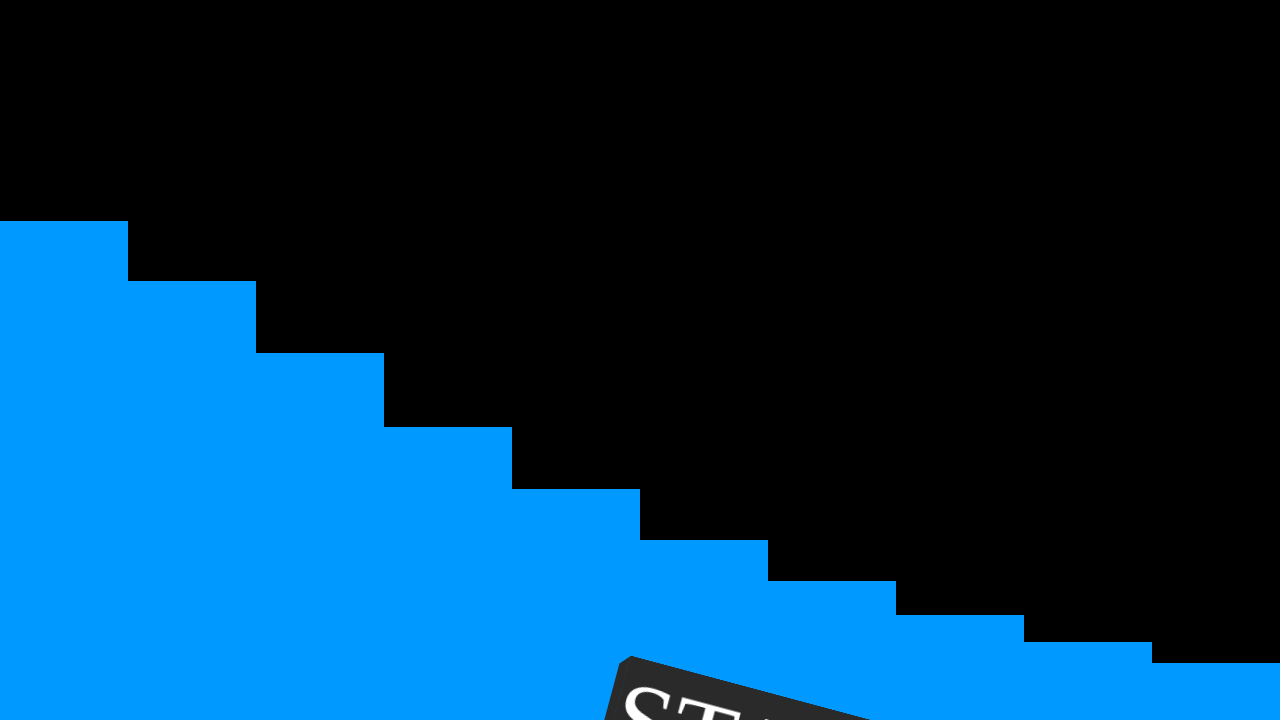
Repository: GG1627/3d-portfolio
Page: /
These files come from the project's save history. The page is drawn as it stood at one moment and after the next save; the edit follows.
The browser window is 1280 px wide. The pictures show the whole page.
The project was rebuilt for these pictures with package versions that can differ from the ones it lists, and the page was loaded fresh each time. Also part of the build but not shown: vite.config.ts.

Above is the page before, as saved 2025-01-05 17:10:38.

After the next save:
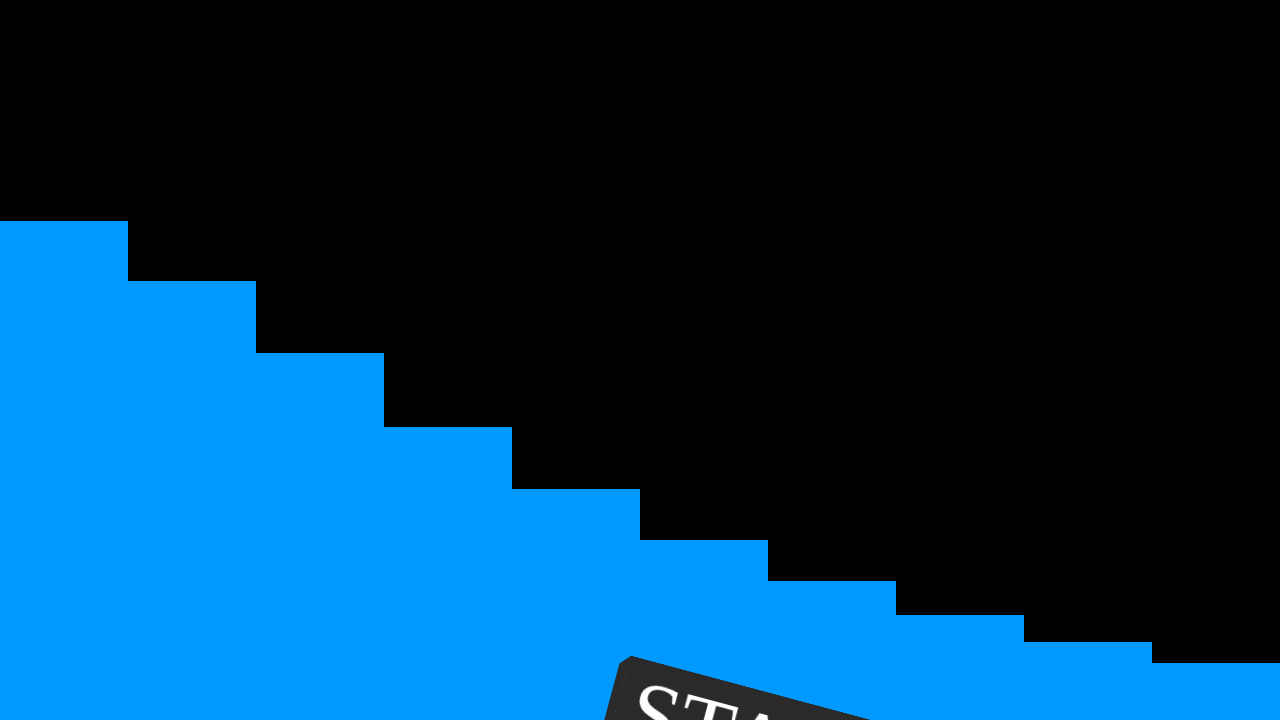
Saved 6 s later.
--- a/src/WelcomeScreen.css
+++ b/src/WelcomeScreen.css
@@ -88,7 +88,7 @@
   height: 100%;
   background: #2a2a2a;
   color: #fff;
-  font-size: 105px;
+  font-size: 90px;
   transition: 1.1s ease-out;
 }
 
